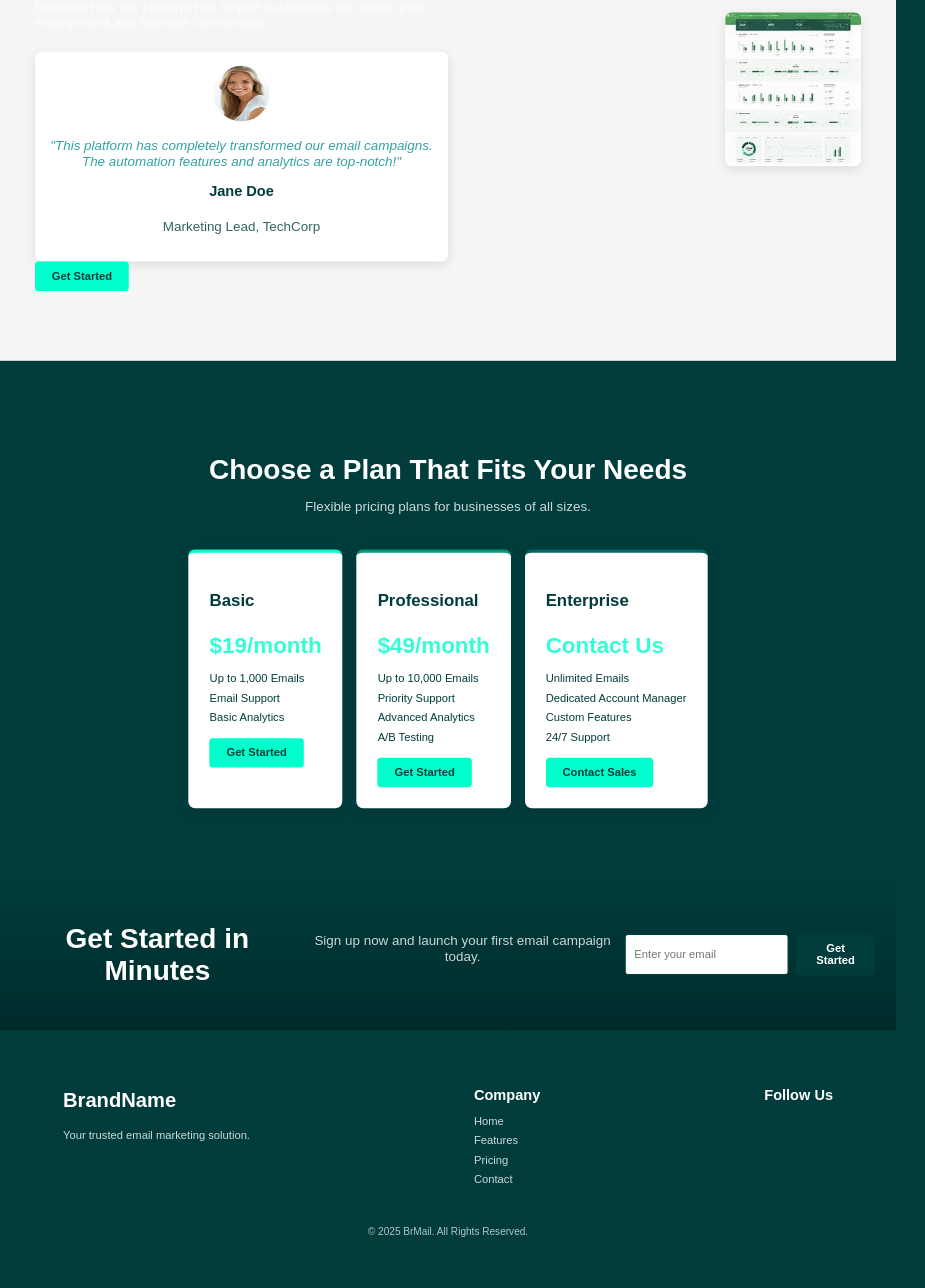
Repository: Patience225/email-marketing
Page: index.html
An editor plug-in stored every save of this project. The page is shown before and after the next save, followed by the edit.
The browser window is 1280 px wide. The page is 1321 px wide, so the pictures cover 1321 px, including what lies to the right of the window. The pictures show the part of the page from y = 2602 to 4442 px (the page is 4442 px tall), at 70% of full size.

Above is the page before, as saved 2025-01-29 17:43:11.
Console error: TypeError: Cannot read properties of null (reading 'addEventListener')

After the next save:
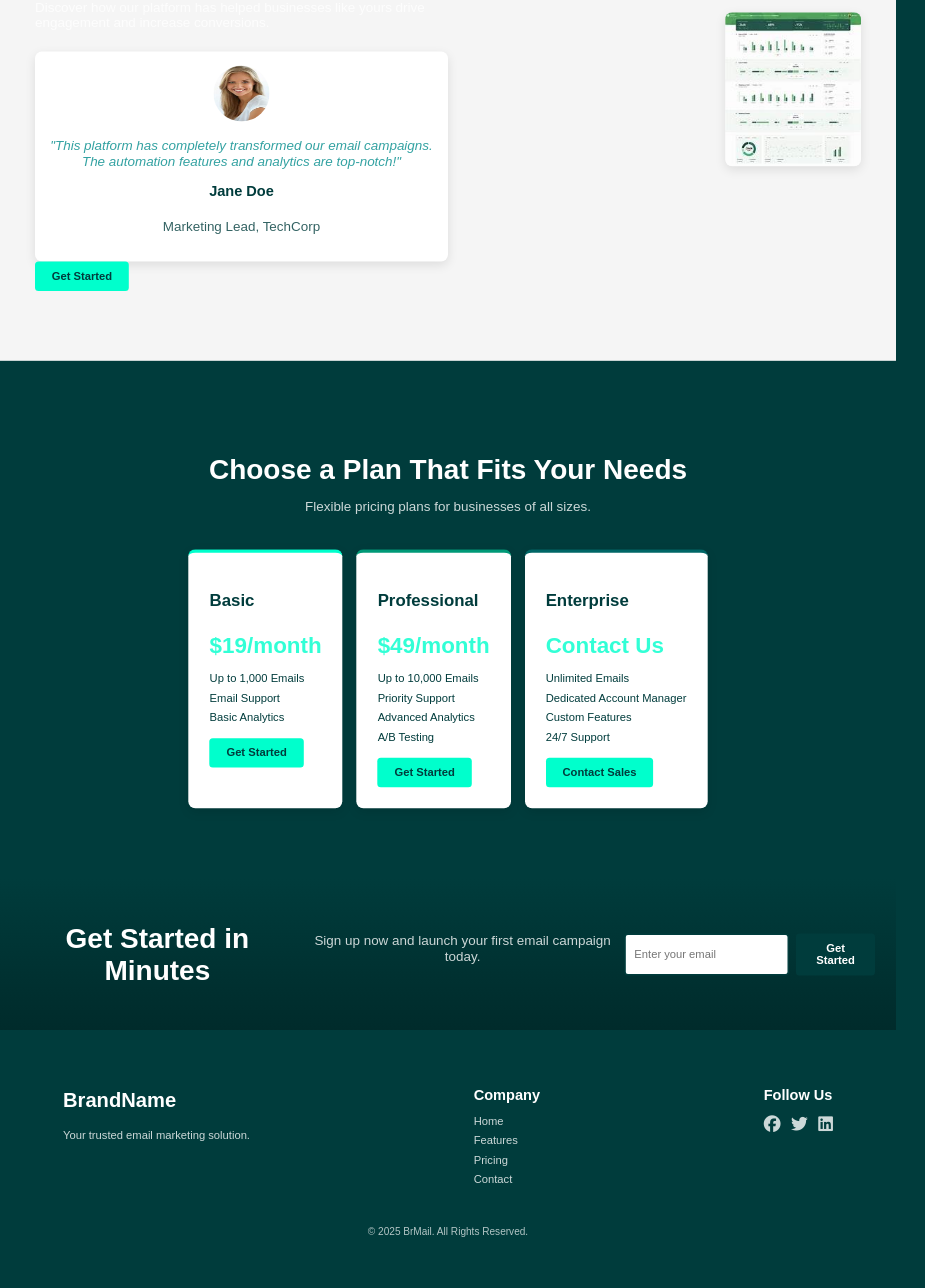
Saved 28 min 43 s later.
--- a/index.html
+++ b/index.html
@@ -4,7 +4,8 @@
     <meta charset="UTF-8">
     <meta name="viewport" content="width=device-width, initial-scale=1.0">
     <title>BrMail - Smarter Email Campaigns</title>
-    <link rel="stylesheet" href="styles.css">
+    <link rel="stylesheet" href="styles.css"><link rel="stylesheet" href="https://cdnjs.cloudflare.com/ajax/libs/font-awesome/6.5.1/css/all.min.css">
+
     <script defer src="script.js"></script>
 </head>
 <body>
